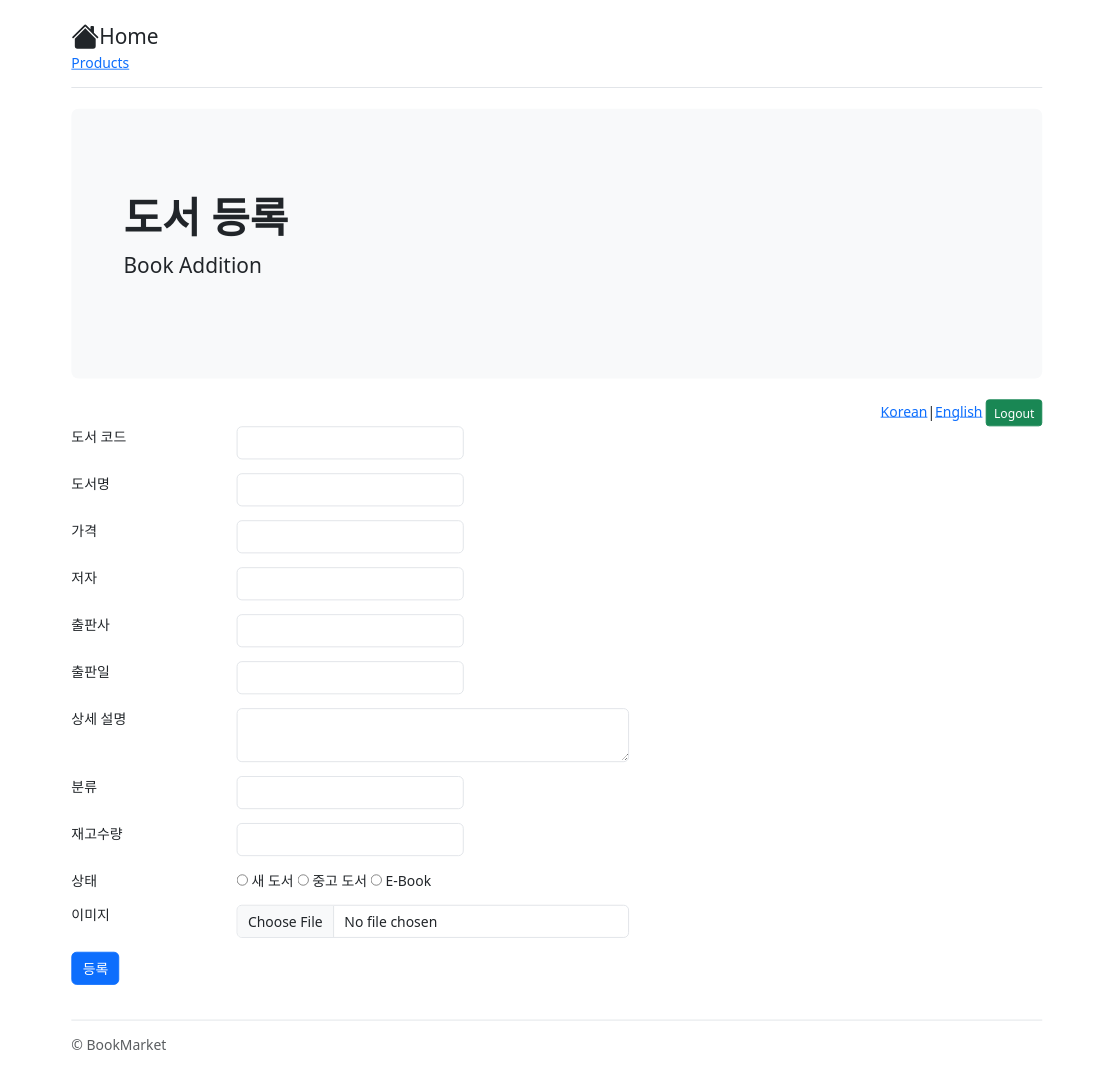
Repository: sanghyunlee7680/JSP-practice
Page: http://localhost/bookmarket/addBook?language=ko
The author's editor kept a copy of each file at every save. The page is drawn from the files as they stood at one save, then again after the next save.
The browser window is 1280 px wide. The pictures show the whole page, at 87% of full size.
The page is served by Tomcat 10. Other server files are loaded and not shown.

Above is the page before, as saved 2024-10-14 05:42:56.

### bookmarket/src/main/webapp/addBook.jsp
<%@ page language="java" contentType="text/html; charset=UTF-8" pageEncoding="UTF-8"%>
<%@ taglib prefix="fmt" uri="http://java.sun.com/jsp/jstl/fmt" %>
<!DOCTYPE html>
<html>
<head>
<link href = "./resources/css/bootstrap.min.css" rel = "stylesheet"/>
<meta charset="UTF-8">
<title>도서 등록</title>
</head>
<body>
	<fmt:setLocale value='<%=request.getParameter("language") %>'></fmt:setLocale>
	<fmt:bundle basename="bundle.message">
	<div class="container py-4">
		<%@ include file="menu.jsp" %>

		<div class="p-5 mb-4 bg-body-tertiary rounded-3">
			<div class="container-fluid py-5">
				<h1 class="display-5 fw-bold"><fmt:message key="title"/></h1>
				<p class="col-md-8 fs-4">Book Addition</p>
			</div>
		</div>

		<div class="row align-items-md-stretch">
			<div class="text-end">
				<a href="?language=ko">Korean</a>|<a href="?language=en">English</a>
				<a href="logout.jsp" class="btn btn-sm btn-success pull right">Logout</a>
			</div>
			<form name="newBook" action="addBook" method="post" class="form-horizontal" enctype="multipart/form-data">
				<div class="mb-3 row">
					<label class="col-sm-2"><fmt:message key="bookId"/></label>
					<div class="col-sm-3">
						<input type="text" id="bookId" name="bookId" class="form-control">
					</div>
				</div>
				<div class="mb-3 row">
					<label class="col-sm-2"><fmt:message key="name"/></label>
					<div class="col-sm-3">
						<input type="text" id="name" name="name" class="form-control">
					</div>
				</div>
				<div class="mb-3 row">
					<label class="col-sm-2"><fmt:message key="unitPrice"/></label>
					<div class="col-sm-3">
						<input type="text" id="unitPrice" name="unitPrice" class="form-control">
					</div>
				</div>
				<div class="mb-3 row">
					<label class="col-sm-2"><fmt:message key="author"/></label>
					<div class="col-sm-3">
						<input type="text" name="author" class="form-control">
					</div>
				</div>
				<div class="mb-3 row">
					<label class="col-sm-2"><fmt:message key="publisher"/></label>
					<div class="col-sm-3">
						<input type="text" name="publisher" class="form-control">
					</div>
				</div>
				<div class="mb-3 row">
					<label class="col-sm-2"><fmt:message key="releaseDate"/></label>
					<div class="col-sm-3">
						<input type="text" name="releaseDate" class="form-control">
					</div>
				</div>
				<div class="mb-3 row">
					<label class="col-sm-2"><fmt:message key="description"/></label>
					<div class="col-sm-5">
						<textarea name="description" id="description" cols="50" rows="2" class="form-control" placeholder="100자 이상 적어주세요">
						</textarea>
					</div>
				</div>
				<div class="mb-3 row">
					<label class="col-sm-2"><fmt:message key="category"/></label>
					<div class="col-sm-3">
						<input type="text" name="category" class="form-control">
					</div>
				</div>
				<div class="mb-3 row">
					<label class="col-sm-2"><fmt:message key="unitsInStock"/></label>
					<div class="col-sm-3">
						<input type="text"id="unitsInStock" name="unitsInStock" class="form-control">
					</div>
				</div>
				<div class="mb-3 row">
					<label class="col-sm-2"><fmt:message key="condition"/></label>
					<div class="col-sm-5">
						<input type="radio" name="condition" value="New"> <fmt:message key="condition_New"/>
						<input type="radio" name="condition" value="Old"> <fmt:message key="condition_Old"/>
						<input type="radio" name="condition" value="EBook"> <fmt:message key="condition_Ebook"/>
					</div>
				</div>
				<div class="mb-3 row">
					<label class="col-sm-2"><fmt:message key="bookImage"/></label>
					<div class="col-sm-5">
						<input type="file" name="BookImage" class="form-control">
					</div>
				</div>
				<div class="mb-3 row">
					<div class="col-sm-offset-2 col-sm-10">
						<input type="button" class="btn btn-primary" value="<fmt:message key="button"/>" id="btn">
					</div>
				</div>
			</form>
		</div>
		<jsp:include page="footer.jsp"></jsp:include>
	</div>
	<script type="text/javascript"  src="./resources/js/validation.js"></script>
	</fmt:bundle>
</body>
</html>

### bookmarket/src/main/webapp/menu.jsp
<header class="pb-3 mb-4 border-bottom">
	<a href="./welcome.jsp" class="d-flex align-items-center text-dark text-decoration-none">
    	<svg  width="32" height="32" fill="currentColor" class="bi bi-house-fill" viewBox="0 0 16 16">
  			<path d="M8.707 1.5a1 1 0 0 0-1.414 0L.646 8.146a.5.5 0 0 0 .708.708L8 2.207l6.646 6.647a.5.5 0 0 0 .708-.708L13 5.793V2.5a.5.5 0 0 0-.5-.5h-1a.5.5 0 0 0-.5.5v1.293L8.707 1.5Z"/>
  			<path d="m8 3.293 6 6V13.5a1.5 1.5 0 0 1-1.5 1.5h-9A1.5 1.5 0 0 1 2 13.5V9.293l6-6Z"/>
		</svg>
        <span class="fs-4">Home</span>
        <a href="books.jsp" class="d-flex align-items-center">Products</a>
    </a>
</header>

### bookmarket/src/main/webapp/footer.jsp
 <footer class="pt-3 mt-4 text-body-secondary border-top">
      &copy; BookMarket
 </footer>

### bookmarket/src/main/java/dto/processaddBook.java
package dto;

import java.io.IOException;

import dao.BookRepository;

import com.oreilly.servlet.*;
import com.oreilly.servlet.multipart.*;

import jakarta.servlet.RequestDispatcher;
import jakarta.servlet.ServletException;
import jakarta.servlet.annotation.WebServlet;
import jakarta.servlet.http.HttpServlet;
import jakarta.servlet.http.HttpServletRequest;
import jakarta.servlet.http.HttpServletResponse;


@WebServlet("/addBook")
public class processaddBook extends HttpServlet
{

	@Override
	protected void doGet(HttpServletRequest req, HttpServletResponse resp) throws ServletException, IOException {
		RequestDispatcher rd = req.getRequestDispatcher("./addBook.jsp");
		rd.forward(req, resp);
	}

	@Override
	protected void doPost(HttpServletRequest request, HttpServletResponse response) throws ServletException, IOException {
		request.setCharacterEncoding("UTF-8");

		String filename="";
		String realFolder = request.getServletContext().getRealPath("./resources/images");
		System.out.println(realFolder);
		int maxSize=5*1024*1024; // 최대 업로드될 파일 크기 5MB
		String encType="utf-8"; // 인코딩 유형

		MultipartRequest multi = new MultipartRequest(request, realFolder, maxSize, encType, new DefaultFileRenamePolicy());

		//텍스트 파트
		String bookId = multi.getParameter("bookId");
		String name = multi.getParameter("name");
		String unitPrice = multi.getParameter("unitPrice");
		String author = multi.getParameter("author");
		String publisher = multi.getParameter("publisher");
		String releaseDate = multi.getParameter("releaseDate");
		String description = multi.getParameter("description");
		String category = multi.getParameter("category");
		String unitsInStock = multi.getParameter("unitsInStock");
		String condition = multi.getParameter("condition");

		//이미지 이름을 가져옴 이미지 파트
		String fileName = multi.getFilesystemName("BookImage");

		//유효성 검사
		Integer price;

		if(unitPrice.isEmpty())
		{
			price=0;
		}
		else
		{
			price=Integer.valueOf(unitPrice);  // 문자-> 숫자
		}

		long stock;

		if(unitsInStock.isEmpty())
		{
			stock=0;
		}
		else
		{
			stock=Long.valueOf(unitsInStock); // 문자-> 숫자
		}

		BookRepository dao = BookRepository.getInstance();


		//묶음 처리 Book 객체에 넣음,  전처리 이후에는 묶음이 나옴
		//위의 데이터를 하나의 객체로 묶음처리 , 모델
		Book newBook = new Book();
		newBook.setBookId(bookId);
		newBook.setName(name);
		newBook.setUnitPrice(price);
		newBook.setAuthor(author);
		newBook.setPublisher(publisher);
		newBook.setReleaseDate(releaseDate);
		newBook.setDescription(description);
		newBook.setCategory(category);
		newBook.setUnitsInStock(stock);
		newBook.setCondition(condition);
		newBook.setFilename(fileName);

		dao.addBook(newBook);

		response.sendRedirect("books.jsp");
	}

}

### bookmarket/src/main/webapp/resources/js/validation.js
let btn = document.getElementById("btn");
btn.addEventListener("click",CheckAddBook);

console.log(btn);

function CheckAddBook()
{
	let bookId = document.getElementById("bookId");
	let name = document.getElementById("name");
	let unitPrice = document.getElementById("unitPrice");
	let unitsInStock = document.getElementById("unitsInStock");
	let description = document.getElementById("description");

	console.log(bookId);
	console.log(name);
	console.log(unitPrice);
	console.log(unitsInStock);
	console.log(description);

	//도서아이디 체크
	if (!check(/^ISBN[0-9]{4,11}$/, bookId, "[도서 코드]\nISBN과 숫자를 조합하여 5~12자까지 입력하세요\n첫 글자는 반드시 ISBN로 시작하세요"))
		return false;

	//도서명 체크
	if (name.value.length<4 || name.value.length>50)
	{
		alert("[도서명]\n최소 4자에서 최대 50자까지 입력하세요.");
		name.focus();
		return false;
	}

	//도서 가격체크
	if (unitPrice.value.length==0 || isNaN(unitPrice.value))
	{
		alert("[가격]\n숫자만 입력하세요.");
		unitPrice.focus();
		return false;
	}

	if (unitPrice.value < 0)
	{
		alert("[가격]\n음수를 입력할 수 없습니다.");
		unitPrice.focus();
		return false;
	}

	//재고 수 체크
	if (isNaN(unitsInStock.value))
	{
		alert("[재고수]\n숫자만 입력하세요");
		unitsInStock.focus();
		return false;
	}

	if(description.value.length < 100)
	{
		alert("[상세설명]\n최소 100자 이상 입력하세요.")
		description.focus();
		return false;
	}

	function check(regExp, e, msg)
	{
		if (regExp.test(e.value))
		{
			return true;
		}
		alert(msg);
		e.focus();
		return false;
	}

	document.newBook.submit();
}

Loaded but not shown: bookmarket/src/main/webapp/resources/css/bootstrap.min.css (library)

After the next save:
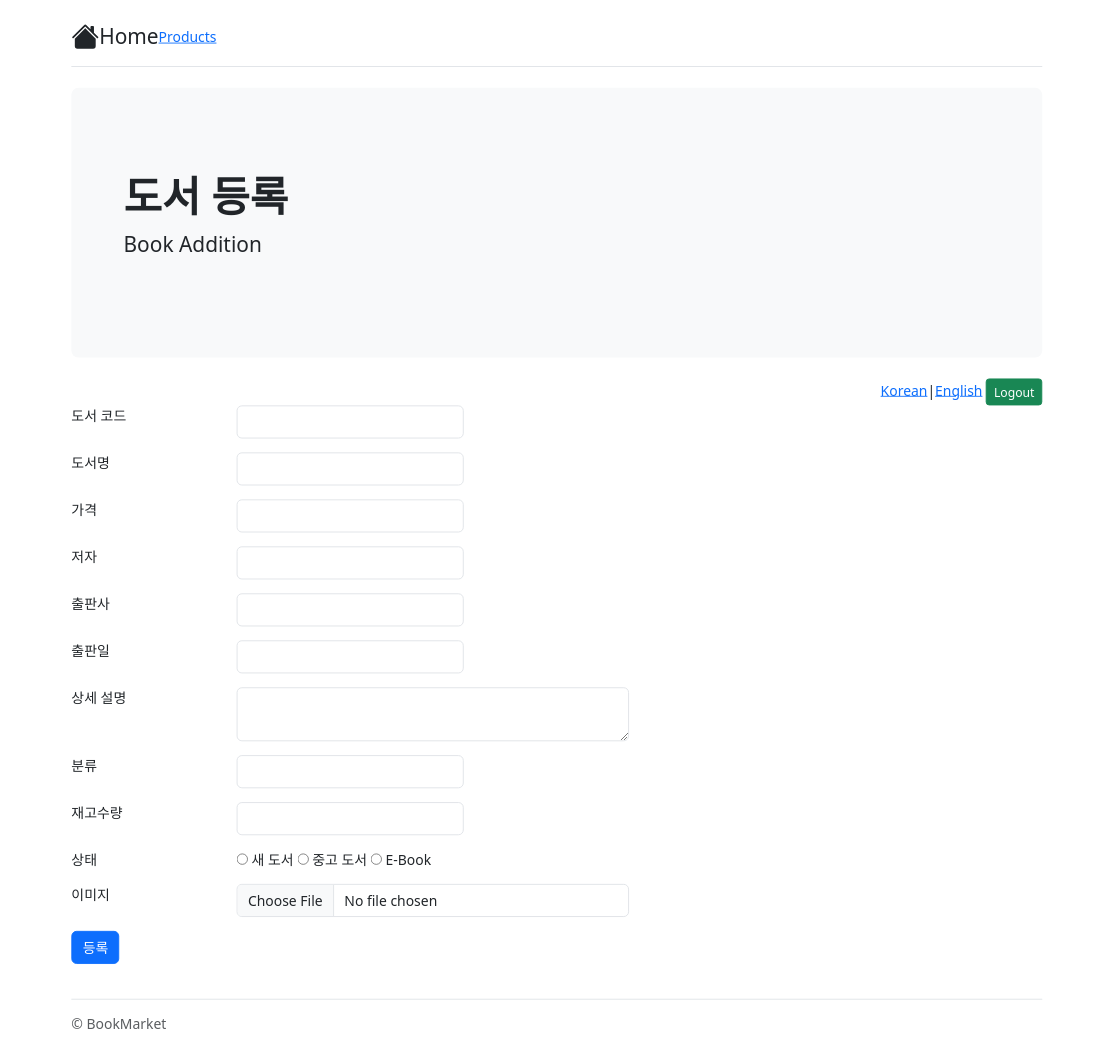
Saved 28 s later.
--- a/bookmarket/src/main/webapp/menu.jsp
+++ b/bookmarket/src/main/webapp/menu.jsp
@@ -1,4 +1,4 @@
-<header class="pb-3 mb-4 border-bottom">
+<header class="pb-3 mb-4 border-bottom d-flex align-items-center">
 	<a href="./welcome.jsp" class="d-flex align-items-center text-dark text-decoration-none">
     	<svg  width="32" height="32" fill="currentColor" class="bi bi-house-fill" viewBox="0 0 16 16">
   			<path d="M8.707 1.5a1 1 0 0 0-1.414 0L.646 8.146a.5.5 0 0 0 .708.708L8 2.207l6.646 6.647a.5.5 0 0 0 .708-.708L13 5.793V2.5a.5.5 0 0 0-.5-.5h-1a.5.5 0 0 0-.5.5v1.293L8.707 1.5Z"/>

After the 4 saves that followed:
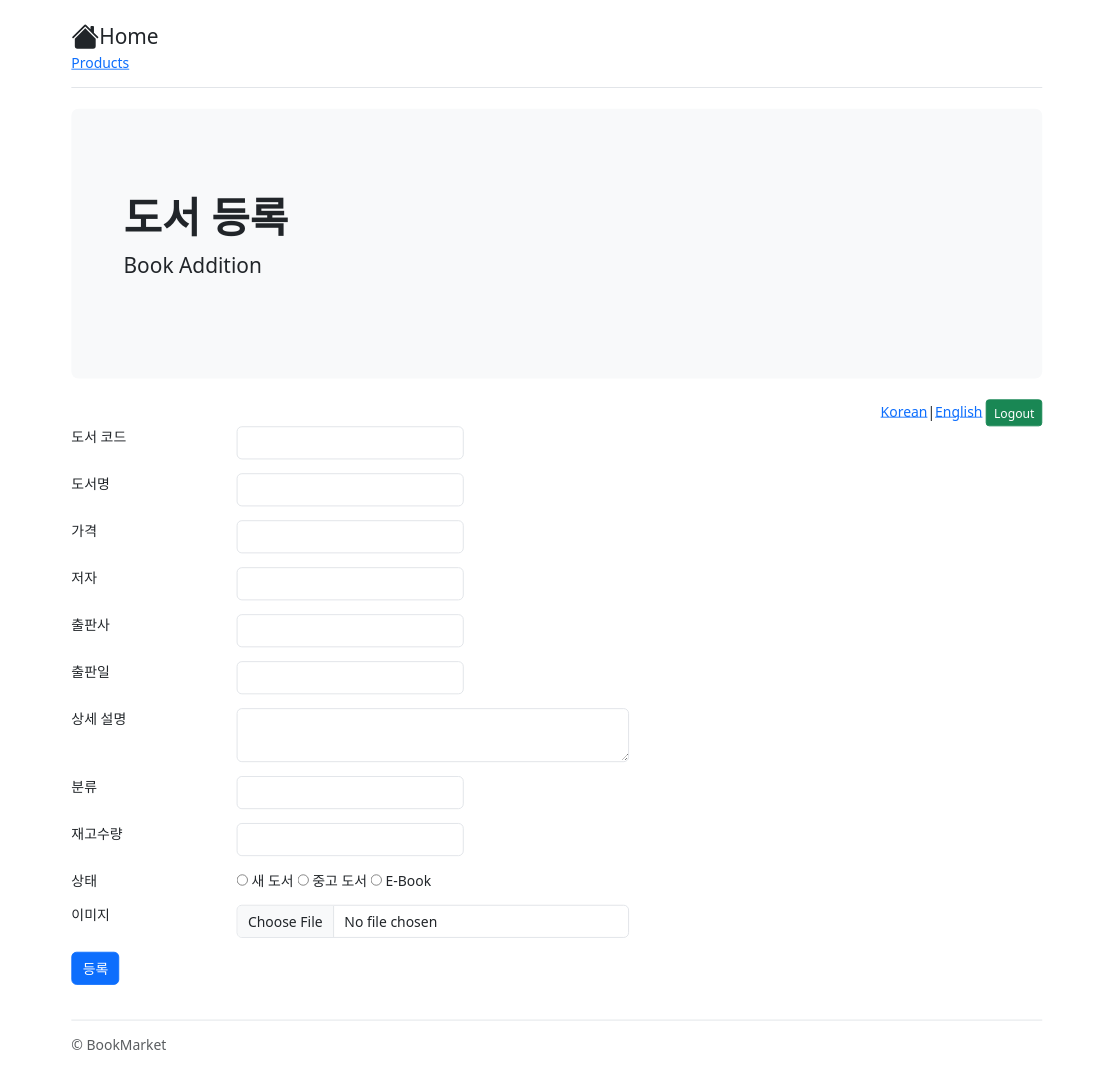
The 4 saves are shown as one change because 3 left the picture as it was.
The last was saved 2 min 48 s later.
--- a/bookmarket/src/main/webapp/menu.jsp
+++ b/bookmarket/src/main/webapp/menu.jsp
@@ -1,10 +1,10 @@
-<header class="pb-3 mb-4 border-bottom d-flex align-items-center">
+<header class="pb-3 mb-4 border-bottom">
 	<a href="./welcome.jsp" class="d-flex align-items-center text-dark text-decoration-none">
     	<svg  width="32" height="32" fill="currentColor" class="bi bi-house-fill" viewBox="0 0 16 16">
   			<path d="M8.707 1.5a1 1 0 0 0-1.414 0L.646 8.146a.5.5 0 0 0 .708.708L8 2.207l6.646 6.647a.5.5 0 0 0 .708-.708L13 5.793V2.5a.5.5 0 0 0-.5-.5h-1a.5.5 0 0 0-.5.5v1.293L8.707 1.5Z"/>
   			<path d="m8 3.293 6 6V13.5a1.5 1.5 0 0 1-1.5 1.5h-9A1.5 1.5 0 0 1 2 13.5V9.293l6-6Z"/>
 		</svg>
         <span class="fs-4">Home</span>
-        <a href="books.jsp" class="d-flex align-items-center">Products</a>
+        <a href="books.jsp">Products</a>
     </a>
 </header>
